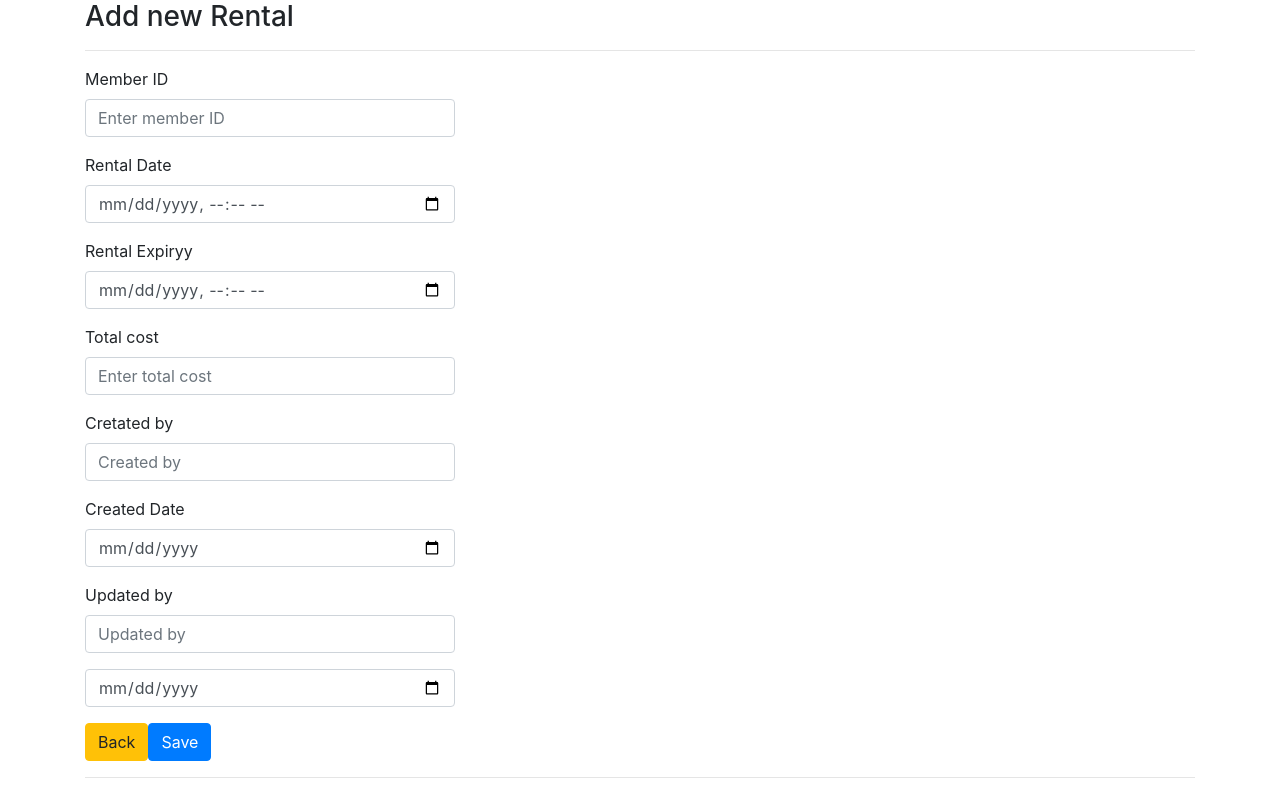
Repository: messimacky/Movie-Rental-System-Front-End
Page: /add-rental
These files come from the project's save history. The page is drawn as it stood at one moment and after the next save; the edit follows.
The browser window is 1280 px wide. The pictures show the whole page.
The project was rebuilt for these pictures with package versions that can differ from the ones it lists, and the page was loaded fresh each time. Also part of the build but not shown: src/services/movie.service.js, src/components/AddMovie.js, src/components/MoviesList.js, src/components/NotFound.js, src/components/login/Login.js, src/services/customer.service.js, src/components/AddCustomer.js, src/components/CustomerList.js and 4 more.

Above is the page before, as saved 2022-04-21 15:17:41.

### src/App.js
import { BrowserRouter as Router, Switch, Route } from 'react-router-dom';
import AddMovie from './components/AddMovie';
import MoviesList from "./components/MoviesList";
import NotFound from "./components/NotFound";
import Login from './components/login/Login';
import AddCustomer from './components/AddCustomer'
import CustomersList from './components/CustomerList';
import RentalsList from './components/RentalsList';
import AddRental from './components/AddRental';
import Home from './components/Home';
import Signup from './components/signup/Signup';
function App() {
  return (
    <Router>
      <div>
        <Switch>

          <Route exact path="/" component={Home} />
          <Route exact path="/movies" component={MoviesList} />
          <Route path="/add-movie" component={AddMovie} />
          <Route path="/movies/edit/:id" component={AddMovie} />




          <Route exact path="/customers" component={CustomersList} />
          <Route path="/add-customer" component={AddCustomer} />
          <Route path="/customers/edit/:id" component={AddCustomer} />



          <Route path="/login" component={Login} />
          <Route path="/signup" component={Signup} />


          <Route exact path="/rentals" component={RentalsList} />
          <Route exact path="/add-rental" component={AddRental} />
          <Route path="/rentals/edit/:id" component={AddRental} />


          <Route path="*" component={NotFound} />
        </Switch>
      </div>
    </Router>
  )
}

export default App;

### src/components/AddRental.js
import { useEffect, useState } from "react";
import { useParams } from "react-router-dom";
import { Link } from "react-router-dom";
import { useHistory } from "react-router-dom";
import rentalService from "../services/rental.service";


const AddRental = () => {

    // const [id, setId] = useState('');
    const [member_id, setMemberID] = useState('');
    const [rental_date, setRentalDate] = useState('');
    const [rental_expiry, setRentalExpiry] = useState('');
    const [total_cost, setTotalCost] = useState('');
    const [created_by, setCreatedBy] = useState('');
    const [created_date, setCreatedDate] = useState('');
    const [updated_by, setUpdatedBy] = useState('');
    const [updated_date, setUpdatedDate] = useState('');


    // const [movie_returned_status, setMovieReturnedStatus] = useState('');

    const history = useHistory();
    const { id } = useParams();



    const SaveRental = (e) => {
        e.preventDefault();
        const rental = { id, member_id, rental_date, rental_expiry, total_cost, created_date, created_by, updated_by, updated_date };
        if (id) {
            //update records
            rentalService.update(rental)
                .then(response => {
                    console.log("Movie added succesfully", response.data);
                    history.push('/rentals');
                })
                .catch(error => {
                    console.log("Something went wrong", error);
                });

        } else {
            //create record
            rentalService.create(rental)
                .then(response => {
                    console.log("Rental added succesfully", response.data);
                    history.push('/rentals');
                })
                .catch(error => {
                    console.log("Something get wrong", error);
                });
        }

    }
    useEffect(() => {
        if (id) {
            rentalService.get(id)
                .then(rental => {
                    setMemberID(rental.data.member_id);
                    setRentalDate(rental.data.rental_date);
                    setRentalExpiry(rental.data.rental_expiry);
                    setTotalCost(rental.date.total_cost);
                    setCreatedBy(rental.data.created_by);
                    setUpdatedDate(rental.data.created_date);
                    setUpdatedBy(rental.data.updated_by);
                    setUpdatedDate(rental.data.updated_date);



                })
                .catch(error => {
                    console.log("Something went wrong", error);
                });
        }
    }, [])


    return (
        <div className="container">
            <h3>Add new Rental</h3>
            <hr />
            <form>
                <div className="form-group">
                    <label>Member ID</label>
                    <input type="number"
                        className="form-control col-4"
                        id="memberid"
                        value={member_id}
                        onChange={(e) => setMemberID(e.target.value)}
                        placeholder="Enter member ID"
                    />
                </div>
                <div className="form-group">
                    <label>Rental Date</label>
                    <input
                        type="datetime-local"
                        className="form-control col-4"
                        id="rental_date"
                        value={rental_date}
                        onChange={(e) => setRentalDate(e.target.value)}
                        placeholder="Rental Date"
                    />
                </div>

                <div className="form-group">

                    <label>Rental Expiryy</label>
                    <input
                        type="datetime-local"
                        className="form-control col-4"
                        id="rental_expiry"
                        value={rental_expiry}
                        onChange={(e) => setRentalExpiry(e.target.value)}
                        placeholder="Enter expiry date"
                    />
                </div>


                <div className="form-group">
                    <label>Total cost</label>
                    <input
                        type="number"
                        className="form-control col-4"
                        id="total_cost"
                        value={total_cost}
                        onChange={(e) => setTotalCost(e.target.value)}
                        placeholder="Enter total cost"
                    />
                </div>

                <div className="form-group">
                    <label>Cretated by</label>

                    <input
                        type="text"
                        className="form-control col-4"
                        id="createdby"
                        value={created_by}
                        onChange={(e) => setCreatedBy(e.target.value)}
                        placeholder="Created by"
                    />
                </div>


                <div className="form-group">
                    <label>Created Date</label>
                    <input
                        type="date"
                        className="form-control col-4"
                        id="createddate"
                        value={created_date}
                        onChange={(e) => setCreatedDate(e.target.value)}
                        placeholder="Created Date"
                    />
                </div>




                <div className="form-group">
                    <label> Updated by</label>
                    <input
                        type="text"
                        className="form-control col-4"
                        id="updatedby"
                        value={updated_by}
                        onChange={(e) => setUpdatedBy(e.target.value)}
                        placeholder="Updated by"
                    />
                </div>


                <div className="form-group">
                    <input
                        type="date"
                        className="form-control col-4"
                        id="updated_date"
                        value={updated_date}
                        onChange={(e) => setUpdatedDate(e.target.value)}
                        placeholder="Updated Date"
                    />
                </div>





                <div>
                    <Link className="btn btn-warning" to="/rentals">Back</Link>
                    <button className="btn btn-primary" onClick={(e) => SaveRental(e)}>Save</button>
                </div>
            </form>
            <hr />

        </div>
    );
}

export default AddRental;

### src/components/login/Login.css
body {
    margin: 0;
    padding: 0;
    /* font-family: sans-serif; */
    background-size: cover;
    background-repeat: no-repeat;
}



.form {
    position: absolute;
    top: 50%;
    left: 50%;
    border: none;
    transform: translate(-50%, -50%);
    width: 400px;
    min-height: 450px;
    background-color: #fff;
    box-shadow: 0 15px 50px rgba(0, 0, 0, 0.5);
    padding: 50px;
    box-sizing: border-box;

    /* background: url(data:[embedded picture, 5679 characters]); */
    /* background: url(https://picsum.photos/3000/2000/?image=1015); */



}

.form h2 {
    margin-left: 60px;
    margin-top: 40px;
    color: white;
    /* margin: 30 0 40px; */
    padding: 0;
    color: black;
}

.form .input-box {
    position: relative;
    margin: 5px 0;
}

.form .input-box input {
    width: 100%;
    font-size: px;
    border: none;
    border-bottom: 2px solid #777;
    outline: none;
    padding: 10px;
    padding-left: 30px;
    box-sizing: border-box;
    font-weight: bold;
    color: #777;
}

.form .input-box input:focus,
.form .input-box input:valid {
    border-bottom-color: #03a9f4;
}

.form .input-box .fa {
    position: absolute;
    top: 8px;
    left: 5px;
    font-size: 18px;
    color: #777;
}

.form .input-box input[type="submit"] {
    border: none;
    cursor: pointer;
    background-color: #03a9f4;
    color: #fff;
    font-weight: bold;
    transition: 0.5s;
}

.form .input-box input[type="submit"]:hover {
    background-color: #ff4987;

}

.form a {
    text-decoration: none;
    color: black;

    margin-top: 4px;
    margin-left: 170px;
    /* font-weight: bold; */
    display: inline-block;
    transition: 0.5s;
}


.submit {
    margin-top: 30px;
    margin-left: 30px;


}

.form a {
    margin-top: 20px;
    margin-left: 50px;
    color: black;
    color: blue;
}

.form button {
    margin-top: 10px;
    margin-left: 50px;
    color: black;
    outline: invert;

}

.form button :hover {

    color: blue;
}

### src/components/AddCustomer.css
body {
    margin: 0;
    padding: 0;
    /* font-family: sans-serif; */
    background-size: cover;
    background-repeat: no-repeat;
}



.form {
    position: absolute;
    top: 50%;
    left: 50%;
    border: none;
    transform: translate(-50%, -50%);
    width: 400px;
    min-height: 450px;
    background-color: #fff;
    box-shadow: 0 15px 50px rgba(0, 0, 0, 0.5);
    padding: 50px;
    box-sizing: border-box;

    /* background: url(data:[embedded picture, 5679 characters]); */
    /* background: url(https://picsum.photos/3000/2000/?image=1015); */



}

.form h2 {
    margin-left: 60px;
    margin-top: 40px;
    color: white;
    /* margin: 30 0 40px; */
    padding: 0;
    color: black;
}

.form .input-box {
    position: relative;
    margin: 5px 0;
}

.form .input-box input {
    width: 100%;
    font-size: px;
    border: none;
    border-bottom: 2px solid #777;
    outline: none;
    padding: 10px;
    padding-left: 30px;
    box-sizing: border-box;
    font-weight: bold;
    color: #777;
}

.form .input-box input:focus,
.form .input-box input:valid {
    border-bottom-color: #03a9f4;
}

.form .input-box .fa {
    position: absolute;
    top: 8px;
    left: 5px;
    font-size: 18px;
    color: #777;
}

.form .input-box input[type="submit"] {
    border: none;
    cursor: pointer;
    background-color: #03a9f4;
    color: #fff;
    font-weight: bold;
    transition: 0.5s;
}

.form .input-box input[type="submit"]:hover {
    background-color: #ff4987;

}

.form a {
    text-decoration: none;
    color: black;

    margin-top: 4px;
    margin-left: 170px;
    /* font-weight: bold; */
    display: inline-block;
    transition: 0.5s;
}


.submit {
    margin-top: 30px;
    margin-left: 30px;


}

.form a {
    margin-top: 20px;
    margin-left: 50px;
    color: black;
    color: blue;
}

.form button {
    margin-top: 10px;
    margin-left: 50px;
    color: black;
    outline: invert;

}

.form button :hover {

    color: blue;
}

### src/services/rental.service.js
import httpClient from '../http-common';

const getAll = () => {
    return httpClient.get('/rentals');
}

const create = (data) => {
    return httpClient.post("/rentals", data);
}

const get = id => {
    return httpClient.get(`/rentals/${id}`);
}

const update = (data) => {
    return httpClient.put('/rentals', data);
}

const remove = id => {
    return httpClient.delete(`/rentals/${id}`);
}

export default { getAll, create, get, update, remove };

### src/components/signup/Signup.css
body {
    margin: 0;
    padding: 0;
    /* font-family: sans-serif; */
    background-size: cover;
    background-repeat: no-repeat;
}



.form {
    position: absolute;
    top: 50%;
    left: 50%;
    border: none;
    transform: translate(-50%, -50%);
    width: 400px;
    min-height: 450px;
    background-color: #fff;
    box-shadow: 0 15px 50px rgba(0, 0, 0, 0.5);
    padding: 50px;
    box-sizing: border-box;

    /* background: url(data:[embedded picture, 5679 characters]); */
    /* background: url(https://picsum.photos/3000/2000/?image=1015); */



}

.form h2 {
    margin-left: 60px;
    margin-top: 40px;
    color: white;
    /* margin: 30 0 40px; */
    padding: 0;
    color: black;
}

.form .input-box {
    position: relative;
    margin: 5px 0;
}

.form .input-box input {
    width: 100%;
    font-size: px;
    border: none;
    border-bottom: 2px solid #777;
    outline: none;
    padding: 10px;
    padding-left: 30px;
    box-sizing: border-box;
    font-weight: bold;
    color: #777;
}

.form .input-box input:focus,
.form .input-box input:valid {
    border-bottom-color: #03a9f4;
}

.form .input-box .fa {
    position: absolute;
    top: 8px;
    left: 5px;
    font-size: 18px;
    color: #777;
}

.form .input-box input[type="submit"] {
    border: none;
    cursor: pointer;
    background-color: #03a9f4;
    color: #fff;
    font-weight: bold;
    transition: 0.5s;
}

.form .input-box input[type="submit"]:hover {
    background-color: #ff4987;

}

.form a {
    text-decoration: none;
    color: black;

    margin-top: 4px;
    margin-left: 170px;
    /* font-weight: bold; */
    display: inline-block;
    transition: 0.5s;
}


.submit {
    margin-top: 30px;
    margin-left: 30px;


}

.form a {
    margin-top: 20px;
    margin-left: 50px;
    color: black;
    color: blue;
}

.form button {
    margin-top: 10px;
    margin-left: 50px;
    color: black;
    outline: invert;

}

.form button :hover {

    color: blue;
}

### src/http-common.js
import axios from "axios";


export default axios.create({
    baseURL: 'http://localhost:8080',
    headers: {
        'Content_Type': 'application/json'
    }

});

Loaded but not shown: public/index.html (common file); src/index.js (common file); src/index.css (common file); src/reportWebVitals.js (common file)

After the next save:
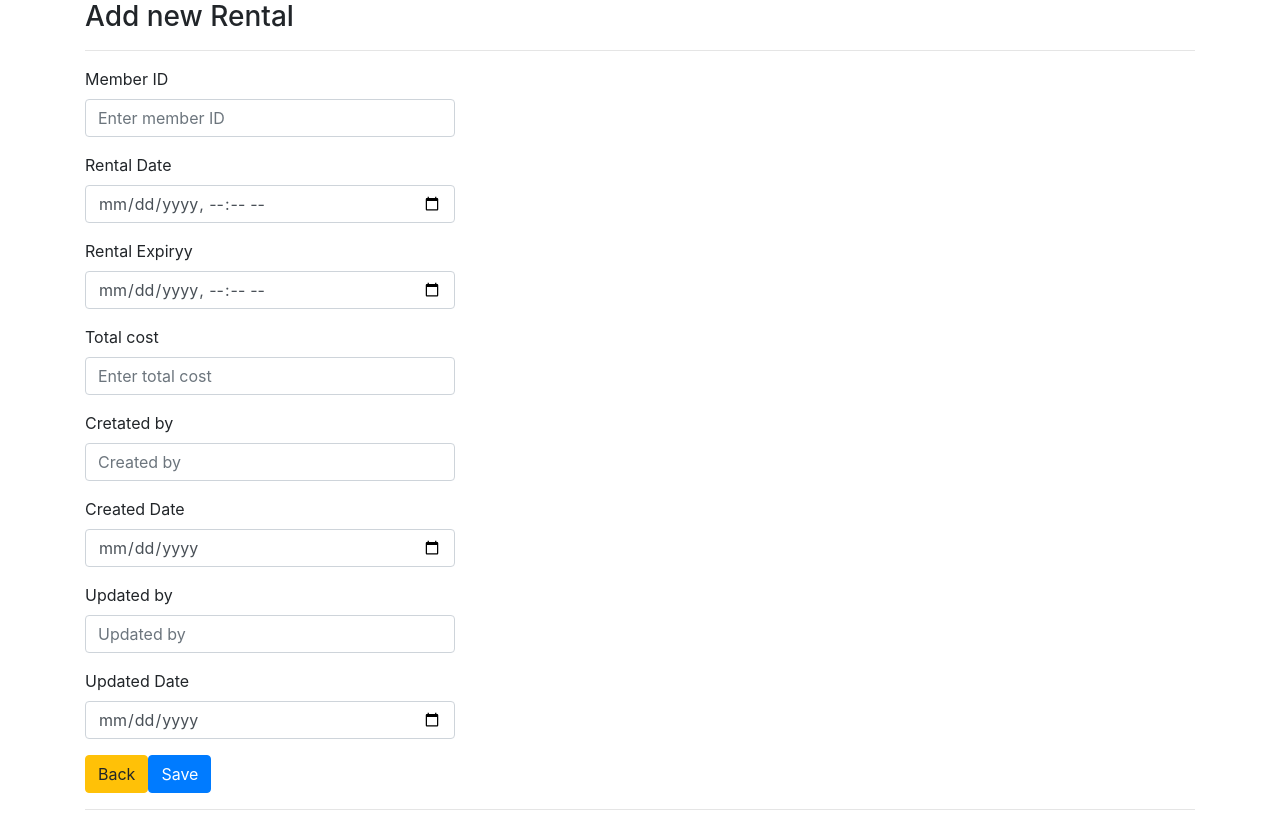
Saved 22 s later.
--- a/src/components/AddRental.js
+++ b/src/components/AddRental.js
@@ -171,6 +171,7 @@ const AddRental = () => {
 
 
                 <div className="form-group">
+                    <label> Updated Date</label>
                     <input
                         type="date"
                         className="form-control col-4"
